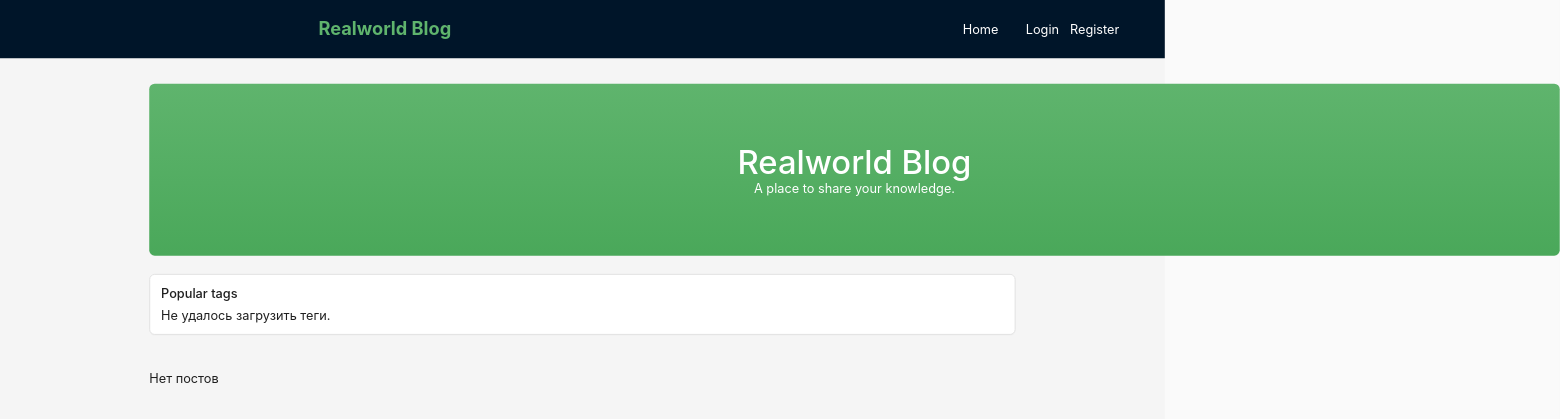
Repository: Rafged/S1mple-blog
Page: / (app in S1mple-blog-main/)
The author's editor kept a copy of each file at every save. The page is drawn from the files as they stood at one save, then again after the next save.
The browser window is 1280 px wide. The page is 1714 px wide, then 1524 px, so the pictures cover 1714 px, including what lies to the right of the window. The pictures show the whole page, at 91% of full size.
The page's requests for data from a server got no answer. The project was rebuilt for these pictures with package versions that can differ from the ones it lists, and the page was loaded fresh each time. No one was signed in, and anything a server would have sent is missing. Also part of the build but not shown: S1mple-blog-main/vite.config.js, S1mple-blog-main/src/pages/Login.jsx, S1mple-blog-main/src/pages/Register.jsx, S1mple-blog-main/src/pages/NewPost.jsx, S1mple-blog-main/src/pages/Settings.jsx, S1mple-blog-main/src/pages/Article.jsx, S1mple-blog-main/src/pages/Profile.css, S1mple-blog-main/src/pages/Profile.jsx.

Above is the page before, as saved 2025-10-06 14:50:16.

After the next save:
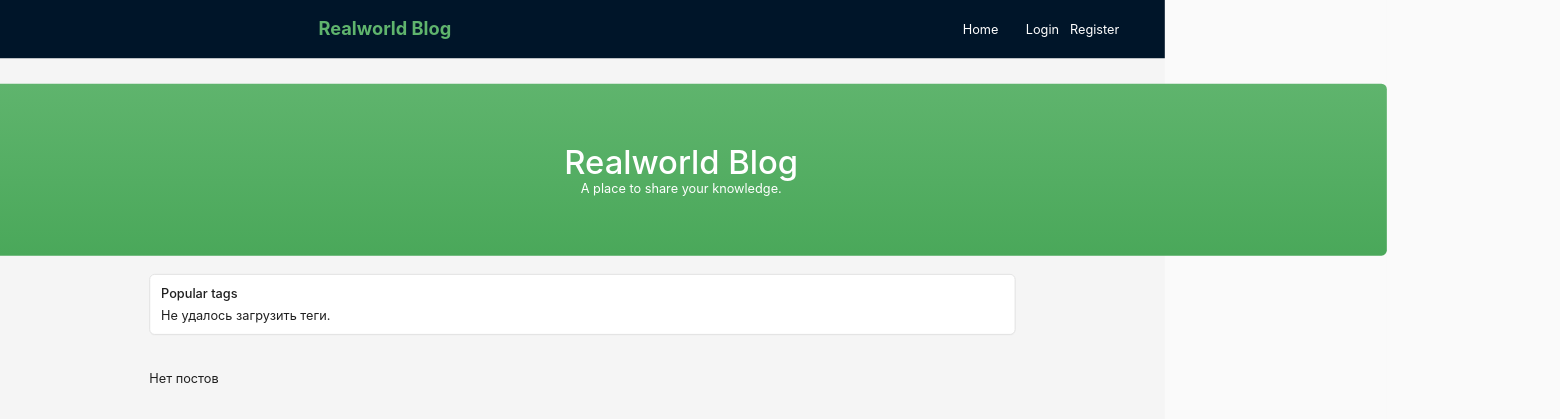
Saved 10 s later.
--- a/S1mple-blog-main/src/styles.css
+++ b/S1mple-blog-main/src/styles.css
@@ -2,7 +2,7 @@
 body{ font-family: Inter, "Open Sans", Arial, sans-serif; margin:0; background:#fafafa; color:#222 }
 .container{ max-width:1600px; margin:0 auto; padding:4px }
 .brand{ color:var(--green); font-weight:700; font-size:20px; margin-right:12px }
-.banner{ background:linear-gradient(180deg,#5fb46d,#4aa85a); color:#fff; padding:66px; border-radius:6px; margin-bottom:20px; width: 1550px; margin-right: 500px;}
+.banner{ background:linear-gradient(180deg,#5fb46d,#4aa85a); color:#fff; padding:66px; border-radius:6px; margin-bottom:20px; width: 1550px; margin-left: -20%;}
 .meta{ color:#777; margin-top:6px }
 
 
